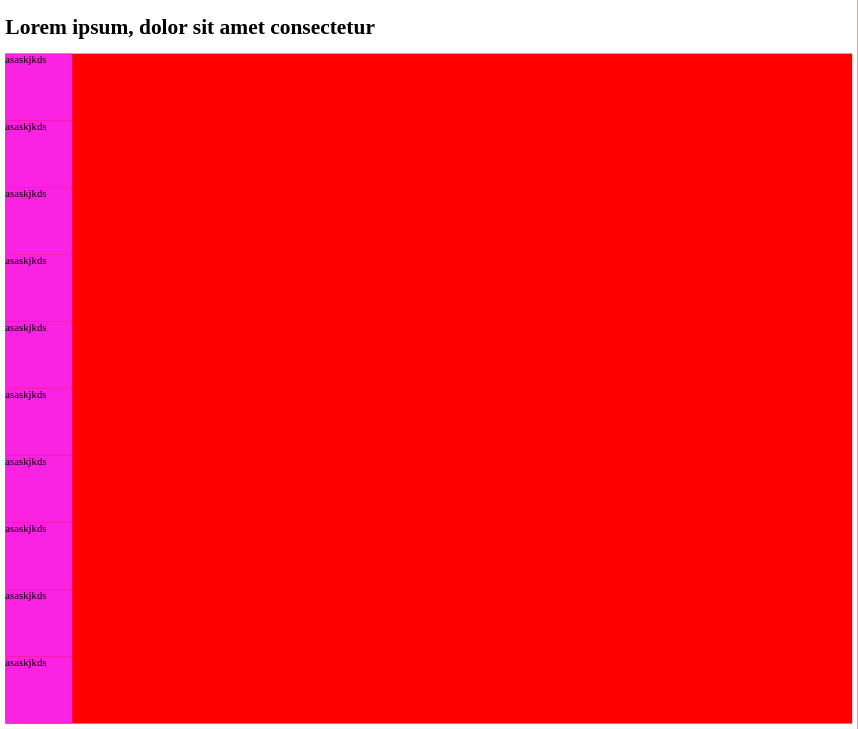
Repository: tongdkhai/Graphic-Art-Mart
Page: test/test.html
These files come from the project's save history. The page is drawn as it stood at one moment and after the next save; the edit follows.
The browser window is 1280 px wide. The pictures show the whole page, at 67% of full size.

Above is the page before, as saved 2022-10-25 17:22:17.

### test/test.html
<!DOCTYPE html>
<html lang="en">
  <head>
    <meta charset="UTF-8" />
    <meta http-equiv="X-UA-Compatible" content="IE=edge" />
    <meta name="viewport" content="width=device-width, initial-scale=1.0" />
    <title>Document</title>
    <link
      rel="stylesheet"
      href="https://unpkg.com/flickity@2.3.0/dist/flickity.pkgd.min.js"
    />
    <link
      rel="stylesheet"
      href="https://unpkg.com/flickity@2.3.0/dist/flickity.css"
    />
    <link rel="stylesheet" href="./flickity-master/css/flickity.css" />
    <style>
      .carousel {
        background-color: red;
      }
      .carousel-cell {
        background-color: #fa23e3;
        width: 100px;
        height: 100px;

      }
    </style>
  </head>
  <body>
    <h1 class="title">Lorem ipsum, dolor sit amet consectetur </h1>
    <div class="carousel" data-flickity='"freeScroll": true, "wrapAround": true'>
      <div class="carousel-cell">
        asaskjkds
      </div>
      <div class="carousel-cell">
        asaskjkds
      </div>
      <div class="carousel-cell">
        asaskjkds
      </div>
      <div class="carousel-cell">
        asaskjkds
      </div>
      <div class="carousel-cell">
        asaskjkds
      </div>
      <div class="carousel-cell">
        asaskjkds
      </div>
      <div class="carousel-cell">
        asaskjkds
      </div>
      <div class="carousel-cell">
        asaskjkds
      </div>
      <div class="carousel-cell">
        asaskjkds
      </div>
      <div class="carousel-cell">
        asaskjkds
      </div>
    </div>
    <script type="text/javascript" src="./docs/flickity.pkgd.min.js"></script>
  </body>
</html>

### test/flickity-master/css/flickity.css
/*! Flickity v3.0.0
https://flickity.metafizzy.co
---------------------------------------------- */

.flickity-enabled {
  position: relative;
}

.flickity-enabled:focus { outline: none; }

.flickity-viewport {
  overflow: hidden;
  position: relative;
  height: 100%;
  touch-action: pan-y;
}

.flickity-slider {
  position: absolute;
  width: 100%;
  height: 100%;
  left: 0;
}

.flickity-rtl .flickity-slider {
  left: unset;
  right: 0;
}

/* draggable */

.flickity-enabled.is-draggable {
  -webkit-tap-highlight-color: transparent;
  user-select: none;
}

.flickity-enabled.is-draggable .flickity-viewport {
  cursor: move;
  cursor: grab;
}

.flickity-enabled.is-draggable .flickity-viewport.is-pointer-down {
  cursor: grabbing;
}

/* ---- flickity-cell ---- */

.flickity-cell {
  position: absolute;
  left: 0;
}

.flickity-rtl .flickity-cell {
  left: unset;
  right: 0;
}

/* ---- flickity-button ---- */

.flickity-button {
  position: absolute;
  background: hsl(0 0% 100% / 75%);
  border: none;
  color: #333;
}

.flickity-button:hover {
  background: white;
  cursor: pointer;
}

.flickity-button:focus {
  outline: none;
  box-shadow: 0 0 0 5px #19F;
}

.flickity-button:active {
  opacity: 0.6;
}

.flickity-button:disabled {
  opacity: 0.3;
  cursor: auto;
  /* prevent disabled button from capturing pointer up event. #716 */
  pointer-events: none;
}

.flickity-button-icon {
  fill: currentColor;
}

/* ---- previous/next buttons ---- */

.flickity-prev-next-button {
  top: 50%;
  width: 44px;
  height: 44px;
  border-radius: 50%;
  /* vertically center */
  transform: translateY(-50%);
}

.flickity-prev-next-button.previous { left: 10px; }
.flickity-prev-next-button.next { right: 10px; }
/* right to left */
.flickity-rtl .flickity-prev-next-button.previous {
  left: auto;
  right: 10px;
}

.flickity-rtl .flickity-prev-next-button.next {
  right: auto;
  left: 10px;
}

.flickity-prev-next-button .flickity-button-icon {
  position: absolute;
  left: 20%;
  top: 20%;
  width: 60%;
  height: 60%;
}

/* ---- page dots ---- */

.flickity-page-dots {
  position: absolute;
  width: 100%;
  bottom: -25px;
  text-align: center;
  display: flex;
  justify-content: center;
  flex-wrap: wrap;
}

.flickity-rtl .flickity-page-dots { direction: rtl; }

.flickity-page-dot {
  display: block;
  width: 10px;
  height: 10px;
  padding: 0;
  margin: 0 8px;
  background: hsl(0 0% 20% / 25%);
  border-radius: 50%;
  cursor: pointer;
  appearance: none;
  border: none;
  text-indent: -9999px;
  overflow: hidden;
}

.flickity-rtl .flickity-page-dot {
  text-indent: 9999px;
}

.flickity-page-dot:focus {
  outline: none;
  box-shadow: 0 0 0 5px #19F;
}

.flickity-page-dot.is-selected {
  background: hsl(0 0% 20% / 100%);
}

Loaded but not shown: test/docs/flickity.pkgd.min.js (library)

After the next save:
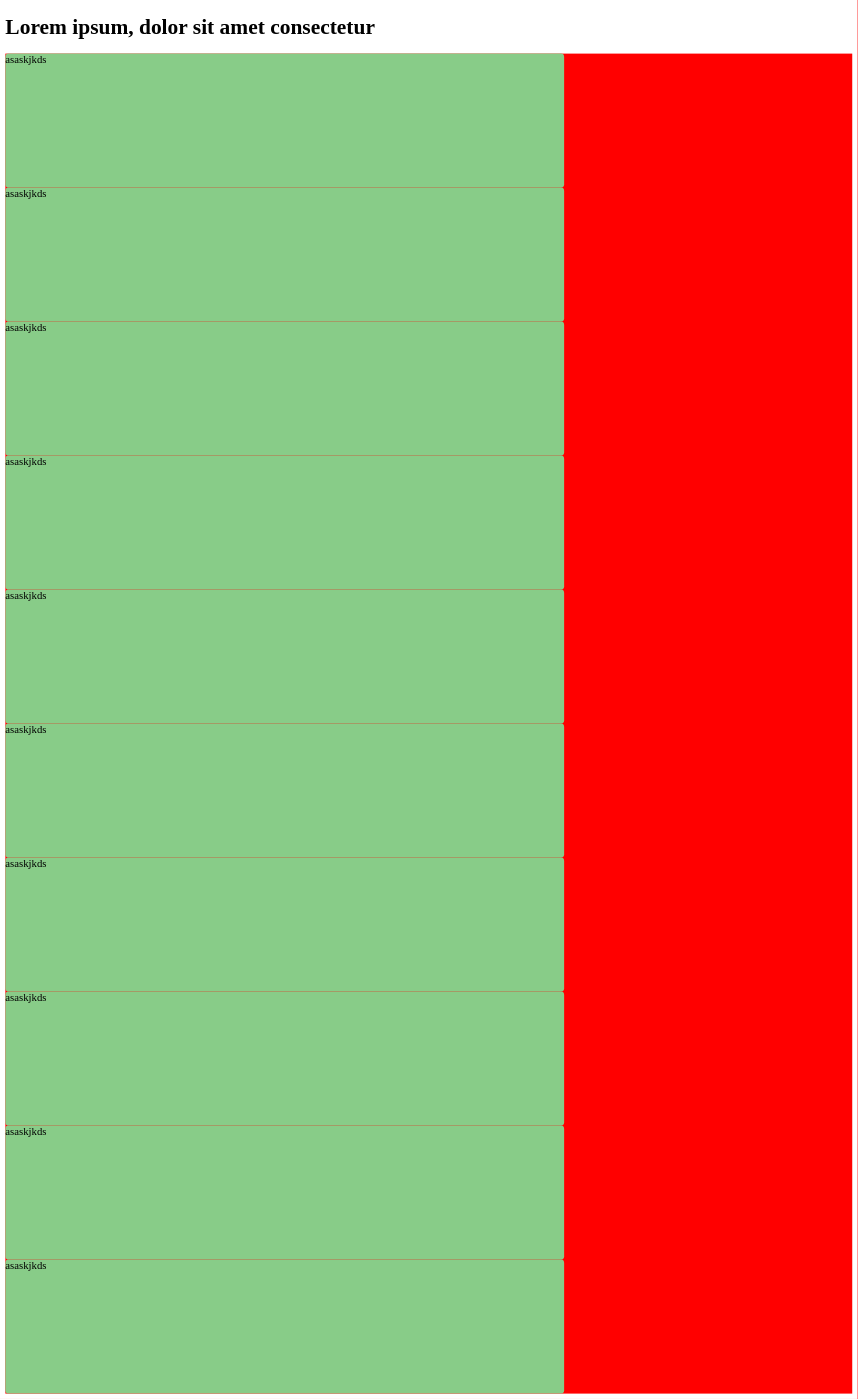
Saved 2 min 8 s later.
--- a/test/test.html
+++ b/test/test.html
@@ -22,43 +22,31 @@
         background-color: #fa23e3;
         width: 100px;
         height: 100px;
-
+        width: 66%;
+        height: 200px;
+        margin-right: 10px;
+        background: #8c8;
+        border-radius: 5px;
+        counter-increment: carousel-cell;
       }
     </style>
   </head>
   <body>
-    <h1 class="title">Lorem ipsum, dolor sit amet consectetur </h1>
-    <div class="carousel" data-flickity='"freeScroll": true, "wrapAround": true'>
-      <div class="carousel-cell">
-        asaskjkds
-      </div>
-      <div class="carousel-cell">
-        asaskjkds
-      </div>
-      <div class="carousel-cell">
-        asaskjkds
-      </div>
-      <div class="carousel-cell">
-        asaskjkds
-      </div>
-      <div class="carousel-cell">
-        asaskjkds
-      </div>
-      <div class="carousel-cell">
-        asaskjkds
-      </div>
-      <div class="carousel-cell">
-        asaskjkds
-      </div>
-      <div class="carousel-cell">
-        asaskjkds
-      </div>
-      <div class="carousel-cell">
-        asaskjkds
-      </div>
-      <div class="carousel-cell">
-        asaskjkds
-      </div>
+    <h1 class="title">Lorem ipsum, dolor sit amet consectetur</h1>
+    <div
+      class="carousel"
+      data-flickity='"freeScroll": true, "wrapAround": true'
+    >
+      <div class="carousel-cell">asaskjkds</div>
+      <div class="carousel-cell">asaskjkds</div>
+      <div class="carousel-cell">asaskjkds</div>
+      <div class="carousel-cell">asaskjkds</div>
+      <div class="carousel-cell">asaskjkds</div>
+      <div class="carousel-cell">asaskjkds</div>
+      <div class="carousel-cell">asaskjkds</div>
+      <div class="carousel-cell">asaskjkds</div>
+      <div class="carousel-cell">asaskjkds</div>
+      <div class="carousel-cell">asaskjkds</div>
     </div>
     <script type="text/javascript" src="./docs/flickity.pkgd.min.js"></script>
   </body>
